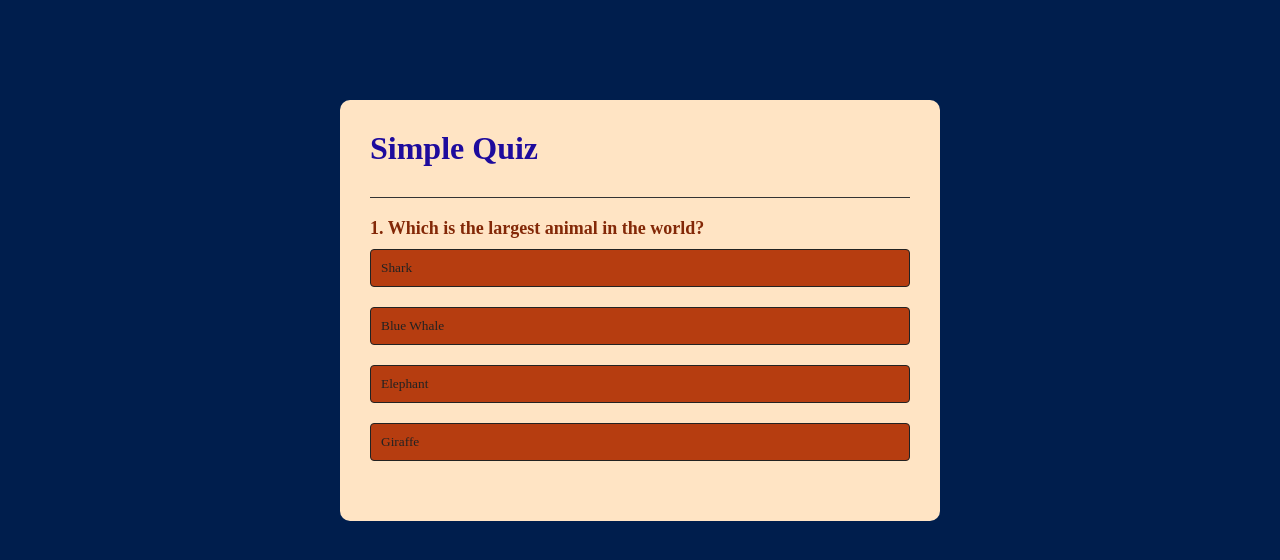
Repository: supriya123yadav/Quiz-project
Page: index.html
These files come from the project's save history. The page is drawn as it stood at one moment and after the next save; the edit follows.
The browser window is 1280 px wide. The pictures show the whole page.

Above is the page before, as saved 2024-07-11 10:28:22.

### index.html
<!DOCTYPE html>
<html lang="en">

<head>
    <meta charset="UTF-8">
    <meta name="viewport" content="width=device-width, initial-scale=1.0">
    <title>Quiz App - Easy Tutorials</title>
    <link rel="stylesheet" href="style.css">
</head>

<body>
    <div class="app">
        <h1>Simple Quiz</h1>
        <div class="quiz">
            <h2 id="question">Question goes here</h2>
            <div id="answer-buttons">
                <button class="btn">Answer 1</button>
                <button class="btn">Answer 2</button>
                <button class="btn">Answer 3</button>
                <button class="btn">Answer 4</button>
            </div>
            <button id="next-btn">Next-btn</button>

        </div>


    </div>
<script src="script.js"></script>
</body>

</html>

### style.css
* {
    margin: 0px;
    padding: 0px;
    font-family: serif;
    box-sizing: border-box;

}
body{
    background: #001e4d;
}
.app{
    background:bisque;
    width: 90%;
    max-width: 600px;
    margin: 100px auto 0;
    border-radius: 10px;
    padding: 30px;

}
.app h1{
   font-weight: 25px;
   color: rgb(30, 11, 157);
   font-weight: 600px;
   border-bottom: 1px solid #333;
   padding-bottom: 30px;
}
.quiz{
    padding: 20px 0;

}
.quiz h2{
    font-size: 18px;
    color: rgb(131, 40, 7);
    font-weight: 600;

}
.btn{
    background: rgb(182, 61, 16);
    color: #222;
    font-weight: 500;
    width: 100%;
    border: 1px solid #222;
    padding: 10px;
    margin: 10px 0;
    text-align: left;
    border-radius: 4px;
    cursor: pointer;
}
.btn:hover{
    background: rgb(202, 194, 194);
    color: white;
}
#next-btn{
    background: #43261f;
    color: #fff;
    font-weight: 500;
    width: 150px;
    border: 0;
    padding: 10px;
    margin: 20px auto 0;
    cursor: pointer;
    display: none;

}
.correct{
    background: #9aeabc;
}
.incorrect{
    background: #ff9393;
}

### script.js
const questions = [
    {
       question: "Which is the largest animal in the world?",
       answers: [
        { text: "Shark", correct: false},
        { text: "Blue Whale", correct: true},
        { text: "Elephant", correct: false},
        { text: "Giraffe", correct: false},

       ]

    },
    {
        question: "Which is the smallest country in the world?",
        answers: [
         { text: "Vatican City", correct: true},
         { text: "Bhutan", correct: false},
         { text: "Nepal", correct: false},
         { text: "Sri Lanka", correct: false},

        ]
     },
     {
        question: "Which is the largest desert in the world?",
        answers: [
         { text: "Kalahari", correct: false},
         { text: "Gobi", correct: false},
         { text: "Sahara", correct: false},
         { text: "Antarctica", correct: true},

        ]
     },
     {
        question: "Which is the smallest continent in the world?",
        answers: [
         { text: "Asia", correct: false},
         { text: "Australia", correct: true},
         { text: "Arctic", correct: false},
         { text: "Africa", correct: false},

        ]
     }

];

const questionElement = document.getElementById("question");
const answerButtons = document.getElementById("answer-buttons");
const nextButton = document.getElementById("next-btn");

let currentQuestionIndex = 0;
let score = 0;

function startQuiz(){
    currentQuestionIndex = 0;
    score = 0;
    nextButton.innerHTML = "Next";
    showQuestion();
}
function showQuestion(){
   resetState();
    let currentQuestion = questions[currentQuestionIndex];
    let questionNo = currentQuestionIndex + 1;
    questionElement.innerHTML = questionNo + ". " + currentQuestion.question;

    currentQuestion.answers.forEach(answer =>{
      const button = document.createElement("button");
      button.innerHTML = answer.text;
      button.classList.add("btn");
      answerButtons.appendChild(button);
      if(answer.correct){
         button.dataset.correct = answer.correct;
      }
      button.addEventListener("click",selectAnswer);
    });

}

function resetState(){
   nextButton.style.display = "none";
   while(answerButtons.firstChild){
      answerButtons.removeChild(answerButtons.firstChild);
   }
}
function selectAnswer(e){
   const selectedBtn = e.target;
   const isCorrect = selectedBtn.dataset.correct === "true"
   if(isCorrect){
      selectedBtn.classList.add("correct");

   }
   else{
      selectedBtn.classList.add("incorrect");
   }
}

startQuiz();

After the next save:
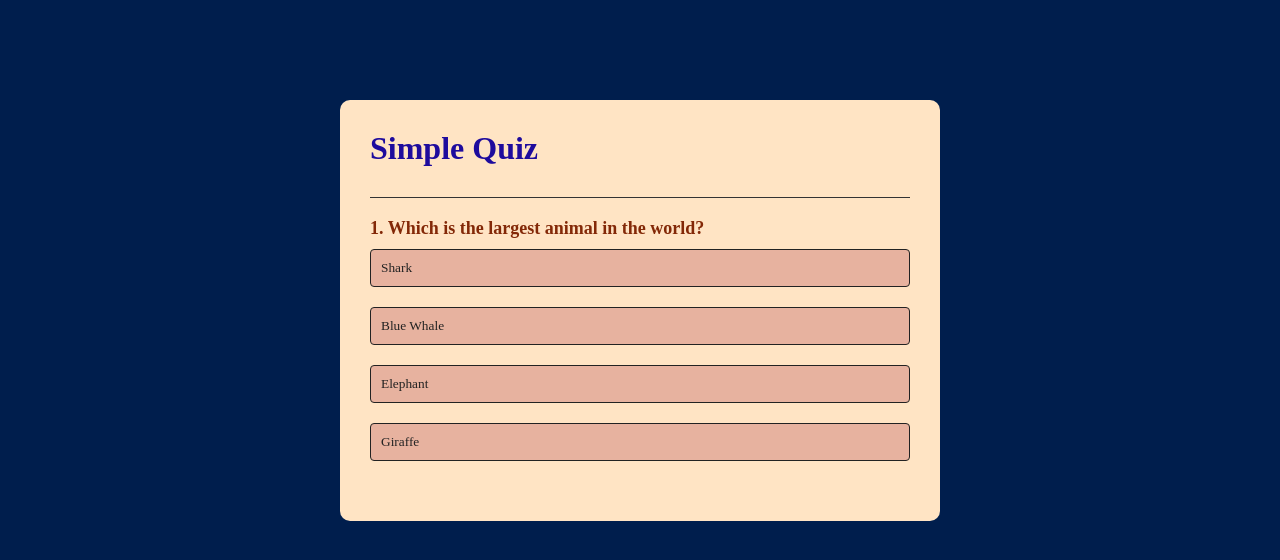
Saved 21 s later.
--- a/style.css
+++ b/style.css
@@ -35,7 +35,7 @@ body{
 
 }
 .btn{
-    background: rgb(182, 61, 16);
+    background: rgb(231, 178, 159);
     color: #222;
     font-weight: 500;
     width: 100%;
